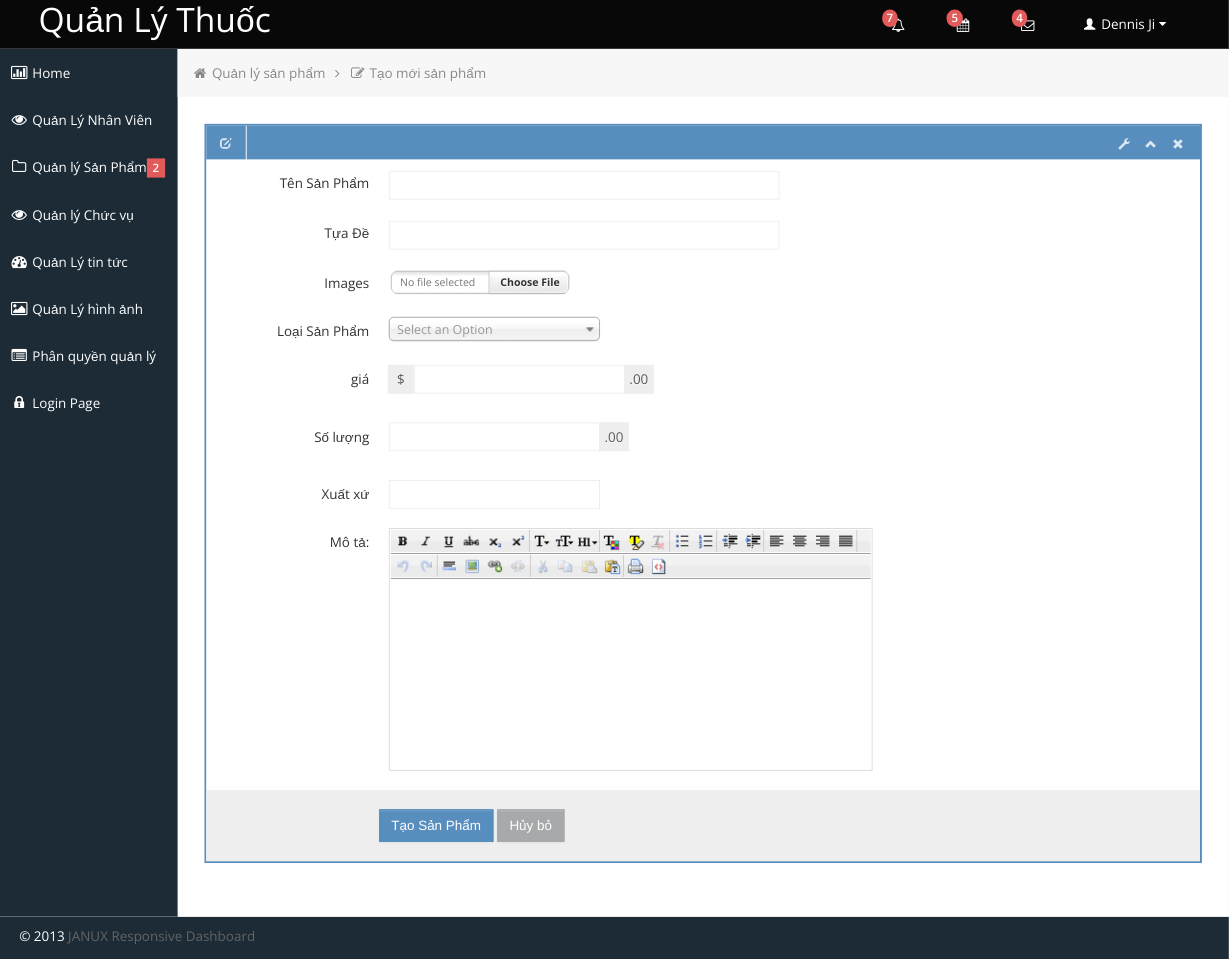
Repository: quangqt/QuanLyThuoc
Page: http://localhost/QuanLyThuoc/createProduct
These files come from the project's save history. The page is drawn as it stood at one moment and after the next save; the edit follows.
The browser window is 1280 px wide. The pictures show the whole page, at 96% of full size.
The page is served by Tomcat 9. Queries for data that is not in the repository find no rows.

Above is the page before, as saved 2018-05-03 04:11:02.

After the next save:
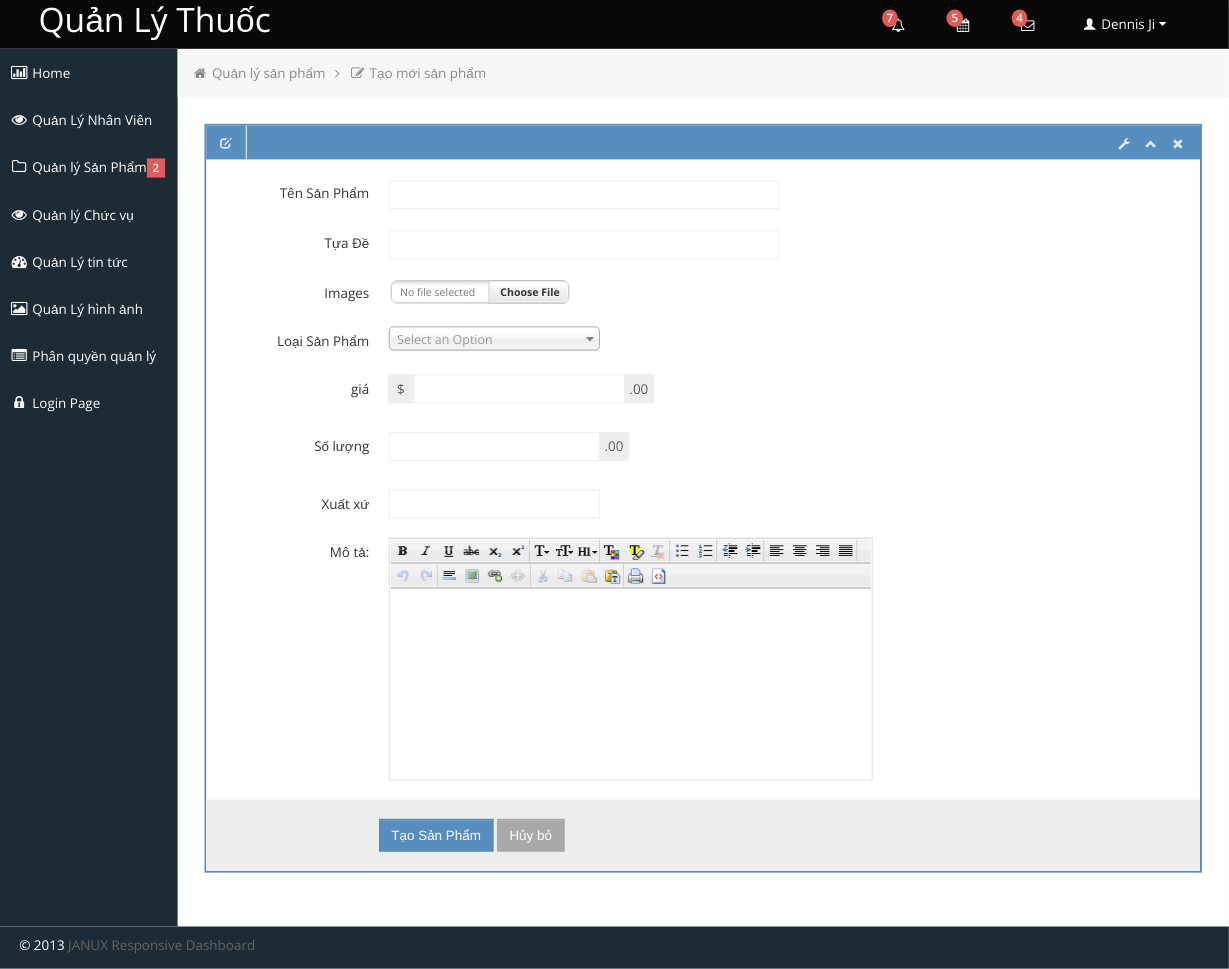
Saved 83 s later.
--- a/web-duoc/QuanLyThuoc/WebContent/WEB-INF/admin/createProduct.jsp
+++ b/web-duoc/QuanLyThuoc/WebContent/WEB-INF/admin/createProduct.jsp
@@ -36,7 +36,7 @@ function format_curency(a) {
 					<div class="box span12">
 						<div class="box-header" data-original-title>
 							<h2>
-								<i class="halflings-icon white edit"></i><span class="break"></span>${error }
+								<i class="halflings-icon white edit"></i><span class="break"></span>
 							</h2>
 							<div class="box-icon">
 								<a href="#" class="btn-setting"><i
@@ -47,6 +47,11 @@ function format_curency(a) {
 							</div>
 						</div>
 						<div class="box-content">
+						<div class="control-group">
+										<div class="controls" style="color:red"">
+											${error }
+										</div>
+									</div>
 							<form method="post" action="${pageContext.request.contextPath}/createProduct" enctype="multipart/form-data" class="form-horizontal">
 								<fieldset>
 									<div class="control-group">
